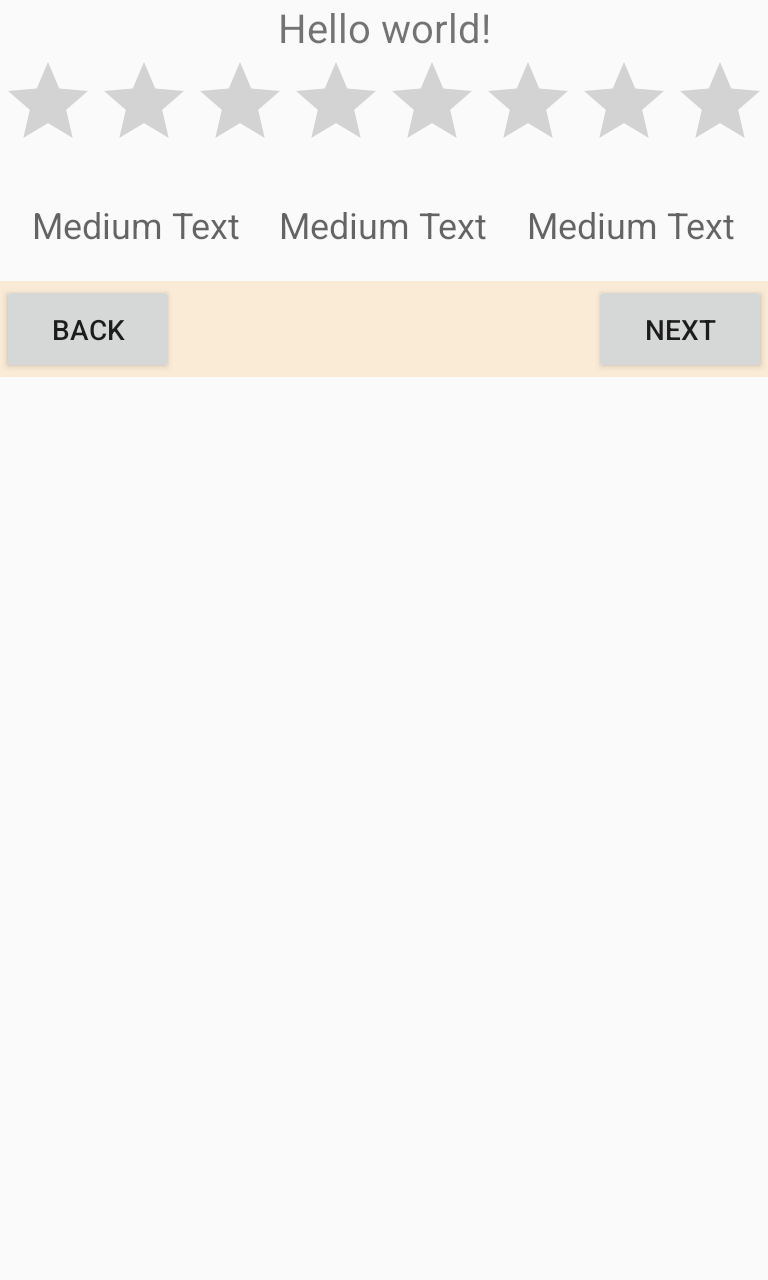
Repository: stevelyall/ERapp
Layout: ERsurvey/res/layout/activity_survey.xml
These files come from the project's save history. The layout is drawn as it stood at one moment and after the next save; the edit follows.
It is drawn on a 768 x 1280 px phone screen (xhdpi) without system bars, with theme AppTheme; the app's code is not run.

Above is the layout before, as saved 2014-10-26 02:16:06.

After the next save:
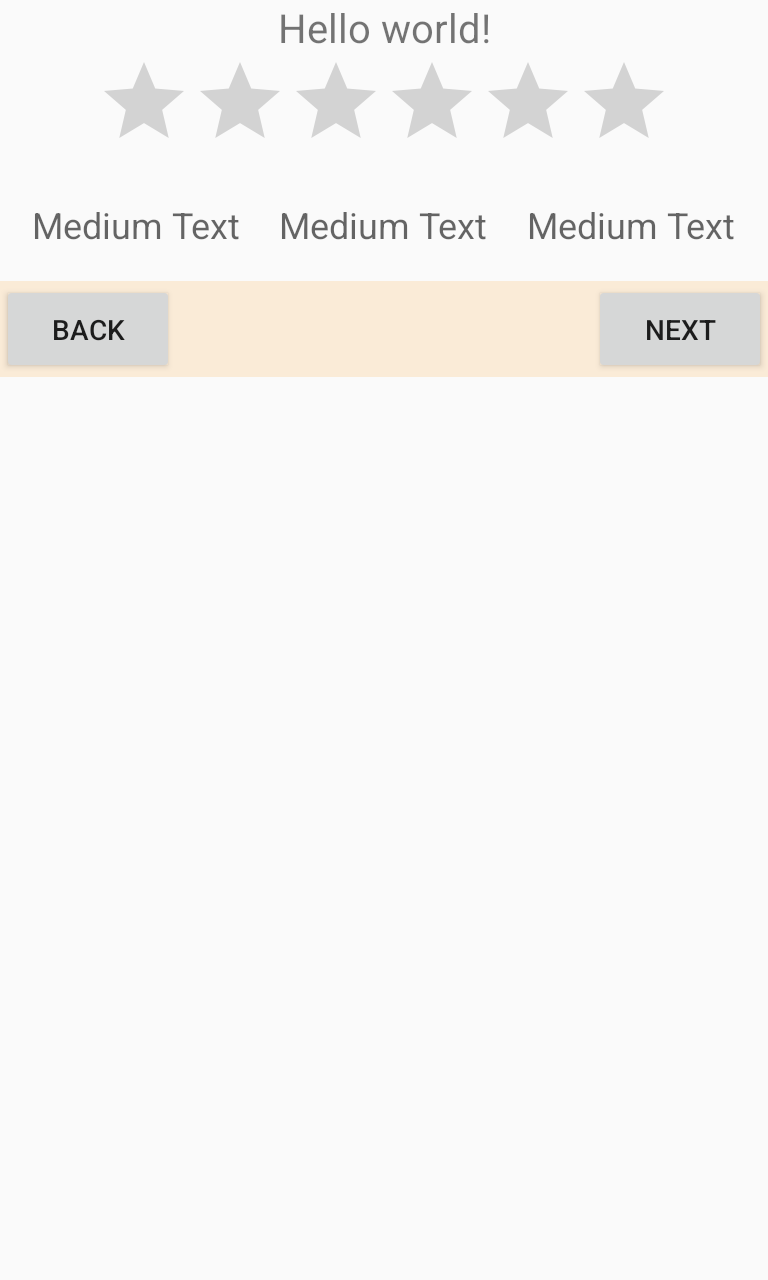
Saved 100 s later.
--- a/ERsurvey/res/layout/activity_survey.xml
+++ b/ERsurvey/res/layout/activity_survey.xml
@@ -29,16 +29,18 @@
             android:id="@+id/tableRow2"
             android:layout_width="match_parent"
             android:layout_height="wrap_content" >
+        </TableRow>
 
-            <RatingBar
-                android:id="@+id/rating"
-                android:layout_width="match_parent"
-                android:layout_height="wrap_content"
-                android:layout_gravity="center_horizontal"
-                android:indeterminate="false"
-                android:numStars="6"
-                android:stepSize="1.0" />
-        </TableRow>
+        <RatingBar
+            android:id="@+id/rating"
+            android:layout_width="wrap_content"
+            android:layout_height="wrap_content"
+            android:layout_alignParentTop="true"
+            android:layout_centerHorizontal="true"
+            android:indeterminate="false"
+            android:numStars="6"
+            android:stepSize="1.0" />
+
     </RelativeLayout>
 
     <RelativeLayout
@@ -51,20 +53,11 @@
         tools:context="ca.stevenlyall.ersurvey.MainActivity" >
 
         <TextView
-            android:id="@+id/medDesc"
-            android:layout_width="wrap_content"
-            android:layout_height="wrap_content"
-            android:layout_centerHorizontal="true"
-            android:text="Medium Text"
-            android:textAppearance="?android:attr/textAppearanceMedium" />
-
-        <TextView
             android:id="@+id/lowDesc"
             android:layout_width="wrap_content"
             android:layout_height="wrap_content"
             android:layout_alignParentLeft="true"
-            android:layout_centerVertical="true"
-            android:layout_marginLeft="0dp"
+            android:layout_alignParentTop="true"
             android:text="Medium Text"
             android:textAppearance="?android:attr/textAppearanceMedium" />
 
@@ -72,11 +65,21 @@
             android:id="@+id/highDesc"
             android:layout_width="wrap_content"
             android:layout_height="wrap_content"
+            android:layout_alignParentRight="true"
+            android:layout_alignParentTop="true"
+            android:text="Medium Text"
+            android:textAppearance="?android:attr/textAppearanceMedium" />
+
+        <TextView
+            android:id="@+id/medDesc"
+            android:layout_width="wrap_content"
+            android:layout_height="wrap_content"
             android:layout_alignBaseline="@+id/lowDesc"
             android:layout_alignBottom="@+id/lowDesc"
-            android:layout_alignParentRight="true"
+            android:layout_centerHorizontal="true"
             android:text="Medium Text"
             android:textAppearance="?android:attr/textAppearanceMedium" />
+
     </RelativeLayout>
 
     <RelativeLayout
